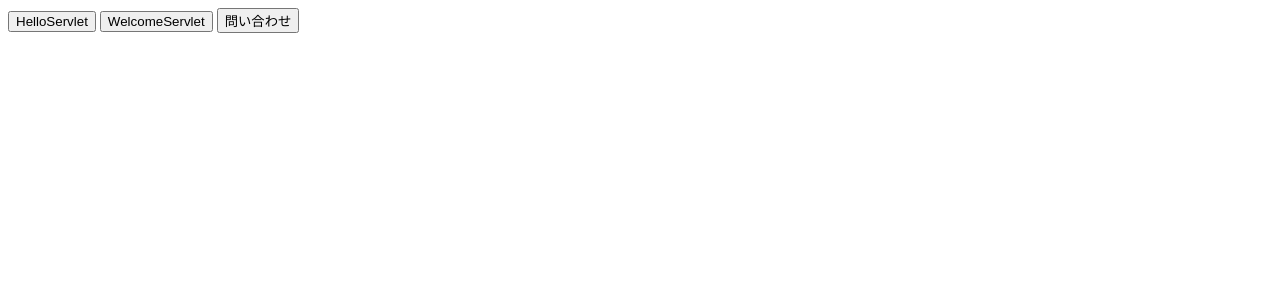
Repository: naoshima1109/test
Page: http://localhost/HelloServlet/
An editor plug-in stored every save of this project. The page is shown before and after the next save, followed by the edit.
The browser window is 1280 px wide. The pictures show the whole page.
The page is served by Tomcat 9.

Above is the page before, as saved 2019-04-25 06:57:52.

After the next save:
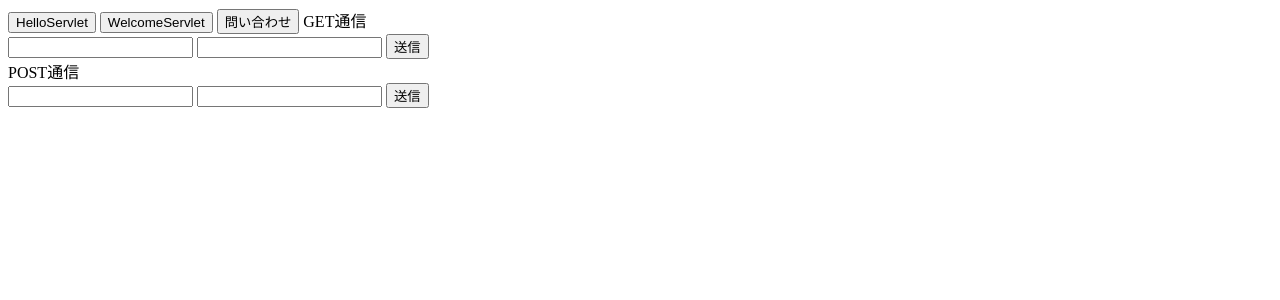
Saved 28 min 48 s later.
--- a/HelloServlet/WebContent/index.jsp
+++ b/HelloServlet/WebContent/index.jsp
@@ -11,5 +11,20 @@ pageEncoding="UTF-8" %>
 <input type="button" value="HelloServlet" onClick="location.herf='HelloServlet'">
 <input type="button" value="WelcomeServlet" onClick="location.href='welcome.jsp'">
 <input type="button" value="問い合わせ" onClick="location.href='inquiry.jsp'">
+
+GET通信
+<form method="get" action="TestServlet">
+	<input type="text" name="username">
+	<input type="password" name="password">
+	<input type="submit" value="送信">
+</form>
+
+POST通信
+<form method="post" action="TestServlet">
+	<input type="text" name="username">
+	<input type="password" name="password">
+	<input type="submit" value="送信">
+</form>
+
 </body>
 </html>
